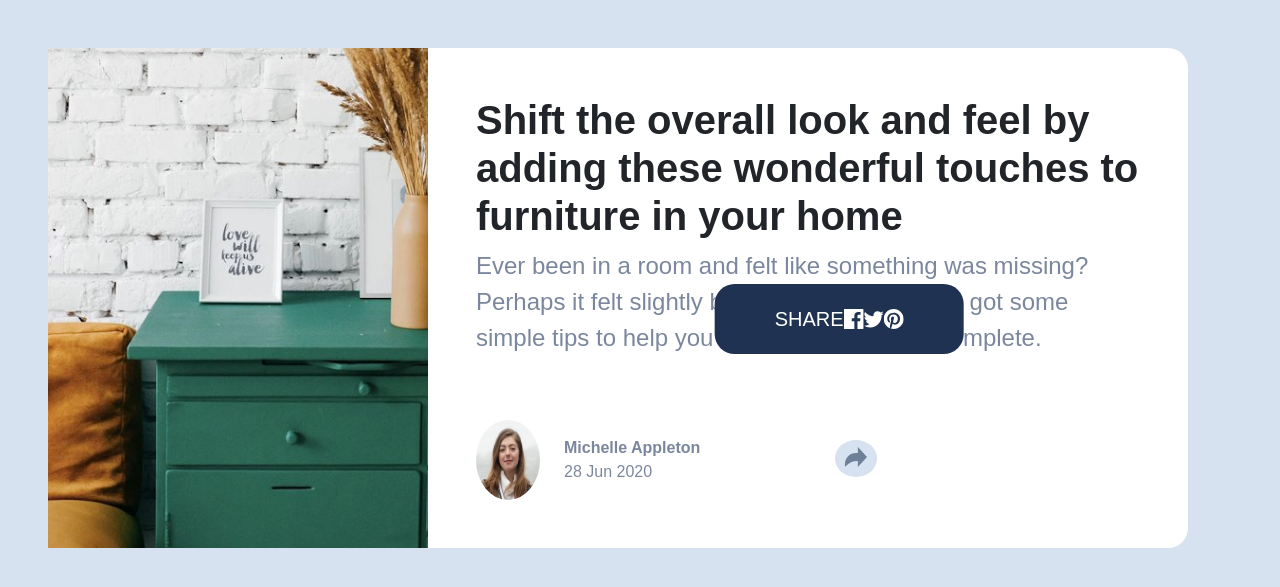
Repository: blordeus/article-preview-component
Page: index.html
The author's editor kept a copy of each file at every save. The page is drawn from the files as they stood at one save, then again after a run of saves.
The browser window is 1280 px wide. The pictures show the whole page.

Above is the page before, as saved 2024-05-17 17:32:06.

### index.html
<!DOCTYPE html>
<html lang="en">
<head>
  <meta charset="UTF-8">
  <meta name="viewport" content="width=device-width, initial-scale=1.0"> <!-- displays site properly based on user's device -->

  <link rel="icon" type="image/png" sizes="32x32" href="./images/favicon-32x32.png">
  <link href="https://cdn.jsdelivr.net/npm/bootstrap@5.3.3/dist/css/bootstrap.min.css" rel="stylesheet" integrity="sha384-QWTKZyjpPEjISv5WaRU9OFeRpok6YctnYmDr5pNlyT2bRjXh0JMhjY6hW+ALEwIH" crossorigin="anonymous">
  <script src defer="https://cdn.jsdelivr.net/npm/bootstrap@5.3.3/dist/js/bootstrap.bundle.min.js" integrity="sha384-YvpcrYf0tY3lHB60NNkmXc5s9fDVZLESaAA55NDzOxhy9GkcIdslK1eN7N6jIeHz" crossorigin="anonymous"></script>
  <script src defer="./socials.js"></script>
  <link rel="stylesheet" href="style.css">
  <title>Frontend Mentor | Article preview component</title>

</head>
<body class="container m-5">

  <main class="bg-color row">

    <section id="section-1" class="col-4">
    </section>

    <section class="col my-auto p-5">
      <h1 class="text-color fw-bold fs-1">Shift the overall look and feel by adding these wonderful touches to furniture in your home</h1>

      <p class="fs-4">
        Ever been in a room and felt like something was missing? Perhaps
        it felt slightly bare and uninviting. I’ve got some simple tips
        to help you make any room feel complete.
      </p>
      <div class="row pt-5">
        <div class="col d-flex">
          <img id="avatar" src="./images/avatar-michelle.jpg" alt="michelle">
            <div class="ms-4 vstack my-auto mt-3">
              <p class="fw-bold font-black fs-6">Michelle Appleton <br> <span class="fw-normal">28 Jun 2020</span></p>
            </div>
          </div>
          <div class="col my-auto">
              <div class="d-flex justify-content-evenly align-items-center popup">
                <p class="popup-text mt-3">SHARE</p>
                  <img id="facebook" src="./images/icon-facebook.svg" alt="facebook">
                  <img id="twitter" src="./images/icon-twitter.svg" alt="twitter">
                  <img id="pinterest" src="./images/icon-pinterest.svg" alt="pinterest">
              </div>
            <a href="#"><span class="share-background"><img id="share" src="./images/icon-share.svg" alt="share"></span></a>
          </div>
        </div>
      </div>
    </section>

  </main>
  <div class="attribution d-none">
    Challenge by <a href="https://www.frontendmentor.io?ref=challenge" target="_blank">Frontend Mentor</a>.
    Coded by <a href="#">Bryan Lordeus</a>.
  </div>
</body>
</html>

### style.css
/* root */
:root {
    --white: hsl(0, 0%, 100%);
    --light-gray: hsl(212, 45%, 89%);
    --grayish-blue: hsl(220, 15%, 55%);
    --dark-blue: hsl(218, 44%, 22%);
}

/* import Manrope font */
@import url('https://fonts.googleapis.com/css2?family=Manrope:wght@500;700&display=swap');

* {
    font-family: 'Manrope', sans-serif;
}


body {
    background-color: var(--light-gray);
}

main {
    background-color: var(--white);
    border-radius: 20px;

}

p {
    font-size: 13px;
    color: var(--grayish-blue);
}

#section-1 {
    background-image: url(./images/drawers.jpg);
    background-repeat: no-repeat;
    background-size: cover;
}

#avatar {
    /* make round */
    border-radius: 50%;
    /* make image smaller */
    width: 20%;
}

#share {
    width: 7%;
    position: static;
    margin-bottom: 2%;
}

.share-background {
    /* add light gray circle as background to icon */
    background-color: var(--light-gray);
    border-radius: 50%;
    padding: 10px;
    /* center icon */
    margin-left: 15px;
    margin-right: 15px;
    z-index: -2;
}

.popup {
    background-color: var(--dark-blue);
    border-radius: 20px;
    padding: 4px 60px;
    position: absolute;
    top: 50%;
    left: 50%;
    transform: translate(30%, -130%);
    z-index: 1;
    margin-top: 15px;
    margin-bottom: 15px;
}

.popup-text {
    color: var(--white);
    font-size: 20px;
}

After the next 3 saves:
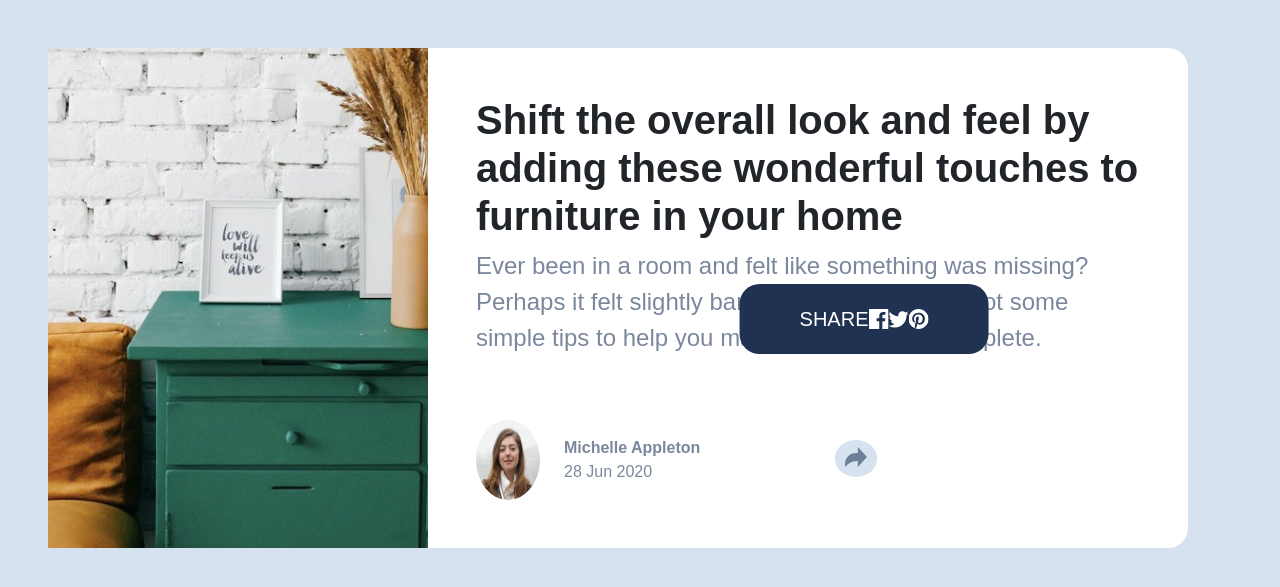
The 3 saves are shown as one change because they came seconds apart.
The last was saved 13 s later.
--- a/style.css
+++ b/style.css
@@ -66,7 +66,7 @@
     position: absolute;
     top: 50%;
     left: 50%;
-    transform: translate(30%, -130%);
+    transform: translate(40%, -130%);
     z-index: 1;
     margin-top: 15px;
     margin-bottom: 15px;
